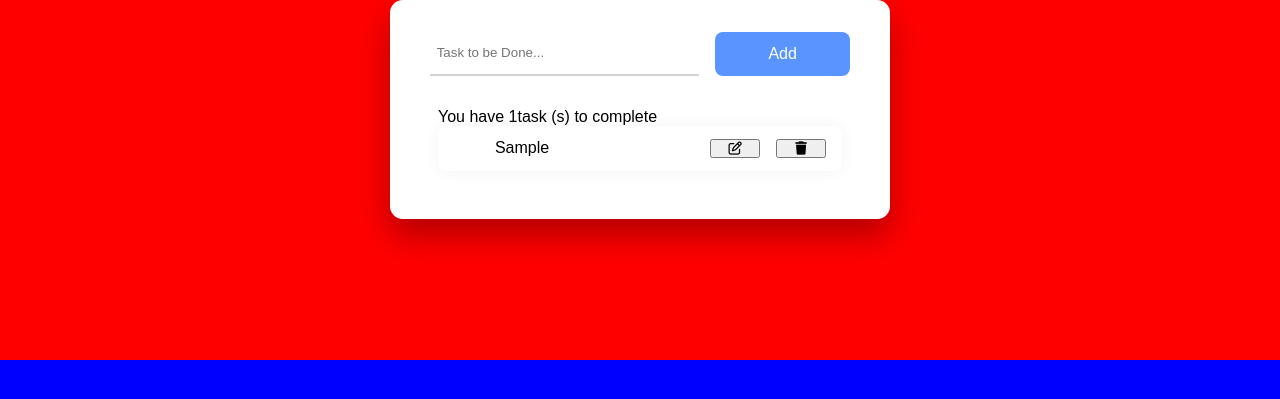
Repository: JunaidAnsari202/Todo-List
Page: index.html
These files come from the project's save history. The page is drawn as it stood at one moment and after a run of saves; the edit follows.
The browser window is 1280 px wide. The pictures show the whole page.
Empty fields were first filled with sample values (such as "Sample", 5 or name@example.com).
After loading, the first visible `#add-btn` was clicked once.
Some web libraries are served in a nearby version.

Above is the page before, as saved 2023-10-30 22:34:02.

After the next 26 saves:
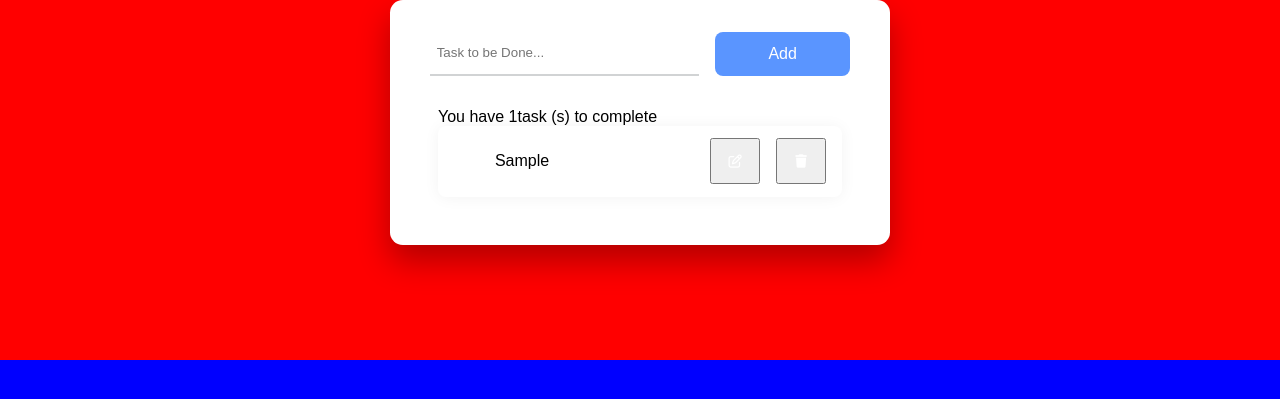
The 26 saves are shown as one change because they came seconds apart.
The last was saved 36 s later.
--- a/style.css
+++ b/style.css
@@ -128,3 +128,10 @@ body{
     font-weight: 400;
     word-break: break-all;
 }
+
+.task button{
+    color: #ffffff;
+    width: 100%;
+    padding: 1em 0;
+    bor
+}
